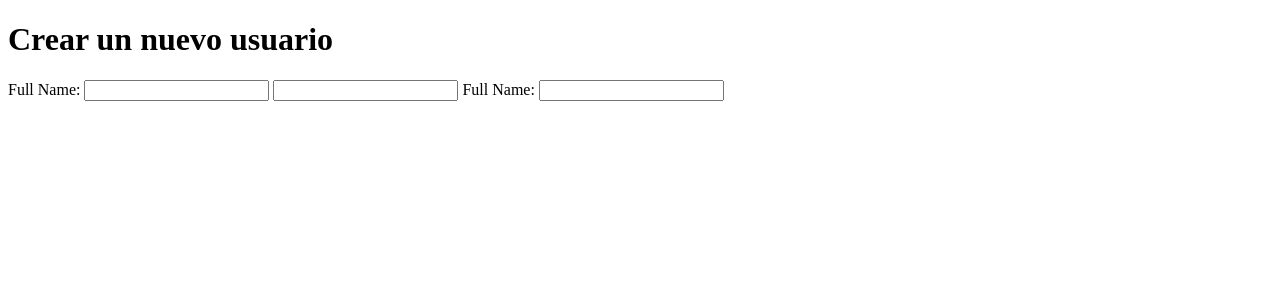
Repository: VinnySil/membresia
Page: http://localhost/users/create
An editor plug-in stored every save of this project. The page is shown before and after the next save, followed by the edit.
The browser window is 1280 px wide. The pictures show the whole page.
The page is served by the project's Laravel application, run on PHP 8.4 with Laravel 12. Other server files are loaded and not shown.

Above is the page before, as saved 2024-12-06 19:16:41.

### routes/web.php
<?php

use App\Http\Controllers\UserController;
use Illuminate\Support\Facades\Route;

Route::get('/', function () {
    return view('welcome');
});

//Endpoint para el crud de usuarios
Route::resource('users', UserController::class);

### app/Http/Controllers/UserController.php
<?php

namespace App\Http\Controllers;

use App\Models\User;
use Illuminate\Http\Request;

class UserController extends Controller
{
    /**
     * Display a listing of the resource.
     */
    public function index()
    {
        $users = User::all();
        return view('users.index', compact('users'));
    }

    /**
     * Show the form for creating a new resource.
     */
    public function create()
    {
        return view('users.create');
    }

    /**
     * Store a newly created resource in storage.
     */
    public function store(Request $request)
    {
        //
    }

    /**
     * Display the specified resource.
     */
    public function show(User $user)
    {
        //
    }

    /**
     * Show the form for editing the specified resource.
     */
    public function edit(User $user)
    {
        //
    }

    /**
     * Update the specified resource in storage.
     */
    public function update(Request $request, User $user)
    {
        //
    }

    /**
     * Remove the specified resource from storage.
     */
    public function destroy(User $user)
    {
        //
    }
}

### resources/views/users/create.blade.php
<!DOCTYPE html>
<html lang="en">
<head>
    <meta charset="UTF-8">
    <meta name="viewport" content="width=device-width, initial-scale=1.0">
    <meta http-equiv="X-UA-Compatible" content="ie=edge">
    <title>Document</title>
</head>
<body>
    <h1>Crear un nuevo usuario</h1>

    <form action="{{ route('users.store') }}">
        <label for="fullname">Full Name:</label>
        <input type="text" name="fullname">
        <label for="nick"></label>
        <input type="text" name="nick">
        <label for="fullname">Full Name:</label>
        <input type="text" name="fullname">

    </form>
</body>
</html>

Loaded but not shown: app/Http/Controllers/Controller.php (common file)

After the next save:
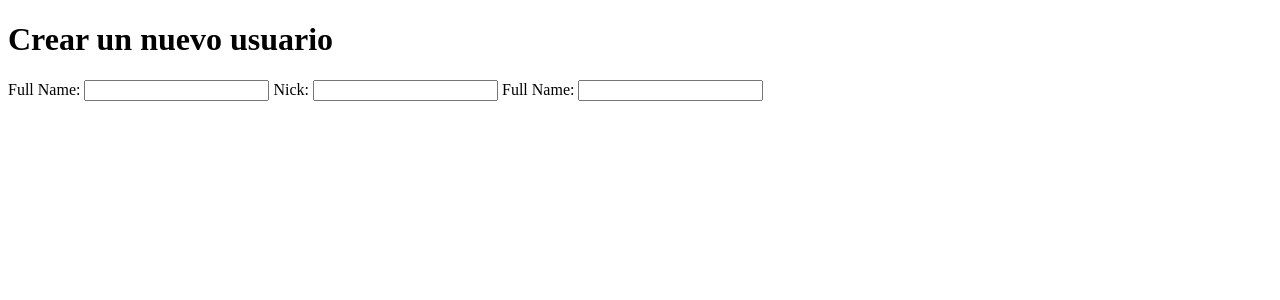
Saved 9 s later.
--- a/resources/views/users/create.blade.php
+++ b/resources/views/users/create.blade.php
@@ -12,7 +12,7 @@
     <form action="{{ route('users.store') }}">
         <label for="fullname">Full Name:</label>
         <input type="text" name="fullname">
-        <label for="nick"></label>
+        <label for="nick">Nick:</label>
         <input type="text" name="nick">
         <label for="fullname">Full Name:</label>
         <input type="text" name="fullname">
